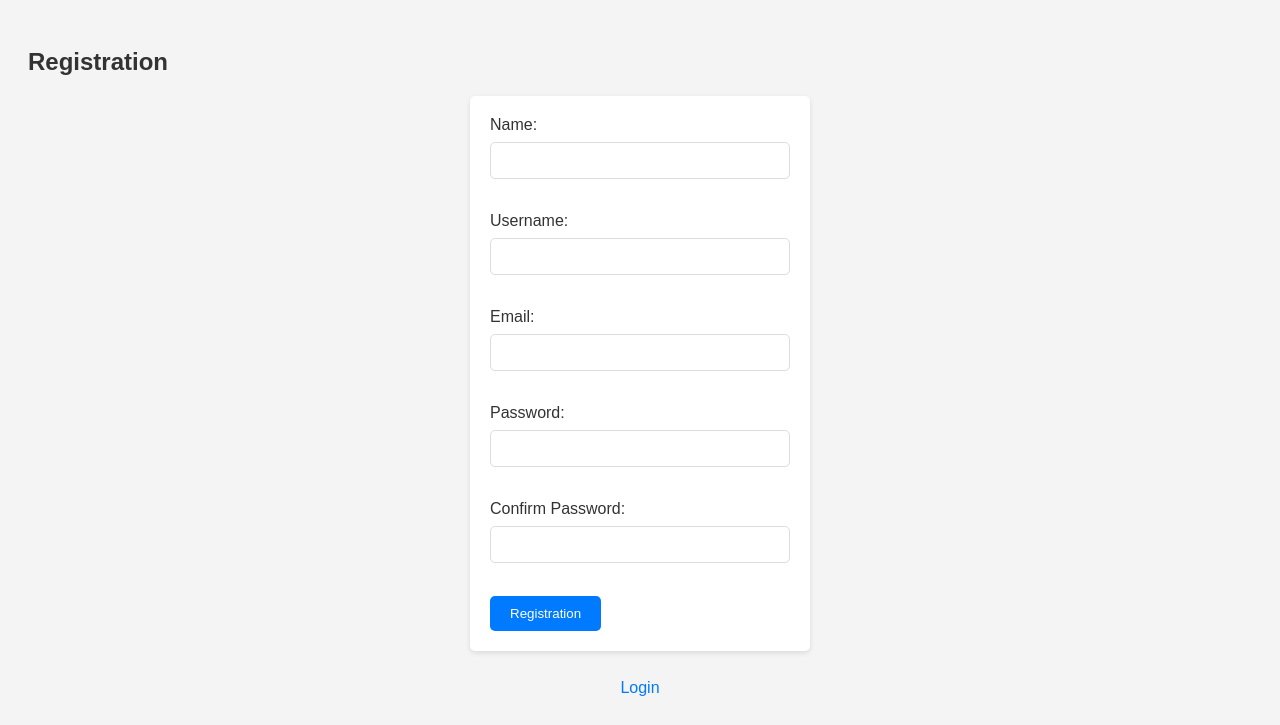
Repository: Acharya-Keerthana/Education
Page: http://localhost/reglog/registration.php
The author's editor kept a copy of each file at every save. The page is drawn from the files as they stood at one save, then again after the next save.
The browser window is 1280 px wide. The pictures show the whole page.
The page is run by PHP 8.4 with error messages shown; the project is at /var/www/html/.

Above is the page before, as saved 2024-04-12 14:41:55.

### reglog/registration.php
<?php
require 'config.php';
if(isset($_POST["submit"])){
    $name=$_POST["name"];
    $username=$_POST["username"];
    $email=$_POST["email"];
    $password=$_POST["password"];
    $confirmpassword =$_POST["comfirmpassword"];
    $duplicate = mysqli_query($conn, "SELECT * FROM tb_user WHERE username = '$username' OR email='$email'");
    if(mysqli_num_rows($duplicate)>0){
        echo "<script> alert('Username or Email Has Already Taken'); </script>";
    }
    else{
        if($password == $confirmpassword){
            $query = "INSERT INTO tb_user VALUES('','$name','$username','$email','$password')";
            mysqli_query($conn,$query);
            echo "<script> alert('Registration successful'); </script>";
        }
        else{
            echo "<script> alert('Password Doesn't match'); </script>";
        }
    }
}
?>

<!DOCTYPE html>
<html lang="en">
<head>
    <meta charset="UTF-8">
    <meta name="viewport" content="width=device-width, initial-scale=1.0">
    <title>Registration</title>
    <style>
        body {
            font-family: Arial, sans-serif;
            background-color: #f4f4f4;
            padding: 20px;
        }
        h2 {
            color: #333;
        }
        form {
            background-color: #fff;
            padding: 20px;
            border-radius: 5px;
            box-shadow: 0 2px 5px rgba(0, 0, 0, 0.1);
            width: 300px;
            margin: 0 auto;
        }
        label {
            display: block;
            margin-bottom: 8px;
            color: #333;
        }
        input[type="text"],
        input[type="email"],
        input[type="password"] {
            width: 100%;
            padding: 10px;
            margin-bottom: 15px;
            border: 1px solid #ddd;
            border-radius: 5px;
            box-sizing: border-box;
        }
        button {
            background-color: #007bff;
            color: #fff;
            padding: 10px 20px;
            border: none;
            border-radius: 5px;
            cursor: pointer;
        }
        button:hover {
            background-color: #0056b3;
        }
        a {
            display: block;
            text-align: center;
            margin-top: 10px;
            color: #007bff;
            text-decoration: none;
        }
        a:hover {
            text-decoration: underline;
        }
    </style>
</head>
<body>
    <h2>Registration</h2>
    <form action="" class="" method="post" autocomplete="off">
    <label for="name">Name:</label>
    <input type="text" name="name" id="name"  required value=""><br><br>
    <label for="username">Username:</label>
    <input type="text" name="usernamename" id="username"  required value=""><br><br>
    <label for="email">Email:</label>
    <input type="email" name="email" id="email"  required value=""><br><br>
    <label for="password">Password:</label>
    <input type="password" name="password" id="password"  required value=""><br><br>
    <label for="comfirmpassword">Confirm Password:</label>
    <input type="password" name="comfirmpassword" id="comfirmpassword"  required value=""><br><br>
    <button type="submit" name="submit">Registration</button>
    </form><br>
    <a href="login.php">Login</a>
</body>
</html>

### reglog/config.php
<?php
session_start();
$conn=mysqli_connect("localhost","root","","education");
?>

After the next save:
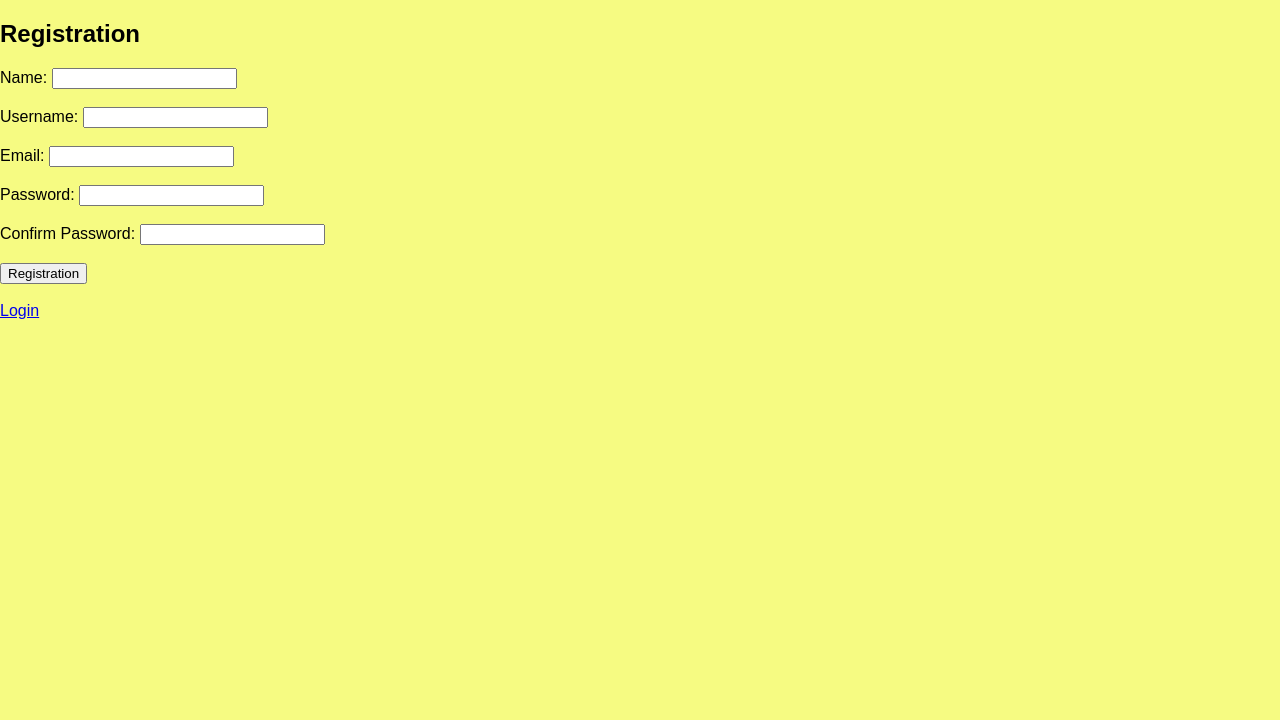
Saved 21 min 8 s later.
--- a/reglog/registration.php
+++ b/reglog/registration.php
@@ -29,58 +29,102 @@ if(isset($_POST["submit"])){
     <meta charset="UTF-8">
     <meta name="viewport" content="width=device-width, initial-scale=1.0">
     <title>Registration</title>
+    <!DOCTYPE html>
+<html lang="en">
+<head>
+    <meta charset="UTF-8">
+    <meta name="viewport" content="width=device-width, initial-scale=1.0">
+    <title>Registration</title>
     <style>
+        /* General Body Styles */
         body {
-            font-family: Arial, sans-serif;
-            background-color: #f4f4f4;
+            margin: 0;
+            padding: 0;
+            font-family: 'Arial', sans-serif; /* Ensures font consistency */
+            animation: backgroundChange 30s infinite alternate;
+        }
+
+        /* Keyframes for background color animation */
+        @keyframes backgroundChange {
+            0% { background-color: #85FFBD; }
+            25% { background-color: #FFFB7D; }
+            50% { background-color: #B28DFF; }
+            75% { background-color: #FF7EB7; }
+            100% { background-color: #85FFBD; }
+        }
+
+        /* Form Styling */
+        .form-group {
+            margin-bottom: 16px;
+        }
+
+        .form-group label {
+            display: block;
+            margin-bottom: 4px;
+        }
+
+        .form-group input, .form-group textarea {
+            width: 100%; /* Full width of parent */
+            padding: 10px;
+            margin: 8px 0;
+            box-sizing: border-box; /* Includes padding and border in the element's width and height */
+            border: 2px solid #ccc; /* Default border */
+            border-radius: 4px; /* Rounded corners */
+            transition: border 0.3s ease-in-out, transform 0.3s ease-in-out, box-shadow 0.3s ease-in-out; /* Smooth transition for border color change */
+        }
+
+        .form-group input:hover, .form-group textarea:hover {
+            border: 2px solid #444; /* Darker border on hover */
+            transform: translateY(-2px); /* Move the element up slightly on hover */
+            box-shadow: 0 2px 4px rgba(0, 0, 0, 0.1); /* Add a subtle shadow on hover */
+        }
+
+        /* Button Styling */
+        .submit-btn {
+            background-color: #4CAF50; /* Green background */
+            color: white;
+            padding: 14px 20px;
+            margin: 8px 0;
+            border: none;
+            border-radius: 4px;
+            cursor: pointer;
+            transition: background-color 0.3s ease, transform 0.3s ease-in-out, box-shadow 0.3s ease-in-out; /* Smooth transition for background color change */
+        }
+
+        .submit-btn:hover {
+            background-color: #45a049; /* Darker green on hover */
+            transform: translateY(-2px); /* Move the button up slightly on hover */
+            box-shadow: 0 2px 4px rgba(0, 0, 0, 0.1); /* Add a subtle shadow on hover */
+        }
+
+        /* Container and Heading Styling */
+        .container {
+            background-color: white;
             padding: 20px;
+            border-radius: 5px;
+            max-width: 500px;
+            margin: 0 auto;
+            animation: pulse 2s infinite; /* Add a subtle pulse animation to the container */
         }
-        h2 {
+
+        @keyframes pulse {
+            0% { box-shadow: 0 0 0 0px rgba(0, 0, 0, 0.1); }
+            50% { box-shadow: 0 0 0 10px rgba(0, 0, 0, 0); }
+            100% { box-shadow: 0 0 0 0px rgba(0, 0, 0, 0.1); }
+        }
+
+        .heading {
             color: #333;
         }
-        form {
-            background-color: #fff;
-            padding: 20px;
-            border-radius: 5px;
-            box-shadow: 0 2px 5px rgba(0, 0, 0, 0.1);
-            width: 300px;
-            margin: 0 auto;
-        }
-        label {
-            display: block;
-            margin-bottom: 8px;
-            color: #333;
-        }
-        input[type="text"],
-        input[type="email"],
-        input[type="password"] {
-            width: 100%;
-            padding: 10px;
-            margin-bottom: 15px;
-            border: 1px solid #ddd;
-            border-radius: 5px;
-            box-sizing: border-box;
-        }
-        button {
-            background-color: #007bff;
-            color: #fff;
-            padding: 10px 20px;
-            border: none;
-            border-radius: 5px;
-            cursor: pointer;
-        }
-        button:hover {
-            background-color: #0056b3;
-        }
-        a {
+
+        /* Center the "Already have an account?" link */
+        .login-link {
             display: block;
             text-align: center;
-            margin-top: 10px;
-            color: #007bff;
+            margin: 16px auto;
+            font-size: 14px;
             text-decoration: none;
-        }
-        a:hover {
-            text-decoration: underline;
+            color: #333;
         }
     </style>
 </head>
